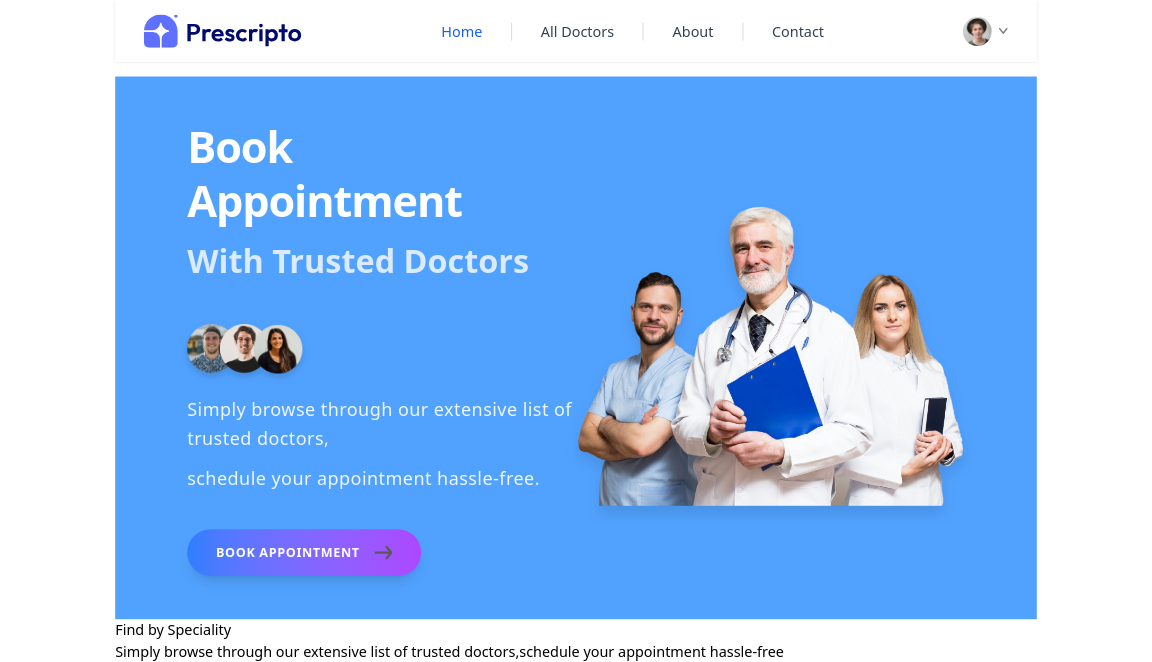
Repository: Pran2535/appointement_booking
Page: / (app in frontend/)
These files come from the project's save history. The page is drawn as it stood at one moment and after the next save; the edit follows.
The browser window is 1280 px wide. The pictures show the whole page, at 90% of full size.
The project was rebuilt for these pictures with package versions that can differ from the ones it lists, and the page was loaded fresh each time. Also part of the build but not shown: frontend/vite.config.js, frontend/src/pages/About.jsx, frontend/src/pages/MyAppointments.jsx, frontend/src/pages/Doctors.jsx, frontend/src/pages/Login.jsx, frontend/src/pages/Contact.jsx, frontend/src/pages/MyProfile.jsx, frontend/src/pages/Appointment.jsx.

Above is the page before, as saved 2025-02-16 21:11:18.

### frontend/index.html
<!doctype html>
<html lang="en">
  <head>
    <meta charset="UTF-8" />
    <link rel="icon" type="image/svg+xml" href="/vite.svg" />
    <meta name="viewport" content="width=device-width, initial-scale=1.0" />
    <title>Mishra healthcare</title>
  </head>
  <body>
    <div id="root"></div>
    <script type="module" src="/src/main.jsx"></script>
  </body>
</html>

### frontend/src/main.jsx
import { StrictMode } from 'react'
import { createRoot } from 'react-dom/client'
import './index.css'
import App from './App.jsx'
import { BrowserRouter } from 'react-router-dom'

createRoot(document.getElementById('root')).render(
<BrowserRouter>
    <App />
  </BrowserRouter>,
)

### frontend/src/App.jsx
import React from 'react'
import { Route, Routes } from 'react-router-dom'
import Home from './pages/Home'
import About from './pages/About'
import MyAppointments from './pages/MyAppointments'
import Doctors from './pages/Doctors'
import Login from './pages/Login'
import Contact from './pages/Contact'
import MyProfile from './pages/MyProfile'
import Appointment from './pages/Appointment'
import Navbar from './components/Navbar'

const App = () => {
  return (
    <div className='mx-4 sm:mx-[10%]'>
      <Navbar/>{ /* mounted navbar component before routes so that it gets displayed over the all routes */}
      <Routes>
        <Route path='/' element={<Home />} />
        <Route path='/about' element={<About />} />
        <Route path='/my-appointments' element={<MyAppointments />} />
        <Route path='/doctors' element={<Doctors/>}/>
        <Route path='/doctors/:speciality' element={<Doctors/>}/>
        <Route path ='/login' element={<Login/>}/>
        <Route path='/contact' element={<Contact/>}/>
        <Route path ='/my-profile' element={<MyProfile/>}/>
        <Route path ='/appointments/:docId' element={<Appointment/>}/>
      </Routes>
    </div>
  )
}

export default App

### frontend/src/pages/Home.jsx
import React from 'react'
import Header from '../components/Header'
import SpecialityMenu from '../components/SpecialityMenu'

const Home = () => {
  return (
    <div>
      <Header/>
      <SpecialityMenu/>
    </div>
  )
}

export default Home

### frontend/src/components/Navbar.jsx
import React, { useState } from 'react'
import { NavLink, useNavigate } from 'react-router-dom'
import { assets } from '../assets/assets'

const links = [
  { to: '/', label: 'Home' },
  { to: '/doctors', label: 'All Doctors' },
  { to: '/about', label: 'About' },
  { to: '/contact', label: 'Contact' }
]

const Navbar = () => {
  const navigate = useNavigate();
  const [showMenu, setShowMenu]=useState(false);
  const [token,setToken]=useState(true);


  return (
    <nav className="sticky top-0 bg-white shadow-sm z-50">
      <div className="max-w-7xl mx-auto px-4 sm:px-6 lg:px-8 py-4 flex items-center justify-between">
        {/* Logo */}
        <div className="flex-shrink-0">
          <img
            className="w-32 md:w-40 lg:w-44 h-auto cursor-pointer transition-transform hover:scale-105"
            src={assets.logo}
            alt="Company Logo"
          />
        </div>

        {/* Navigation Links */}
        <div className="hidden md:block">
          <ul className="flex items-center space-x-8">
            {links.map((l, i) => (
              <React.Fragment key={l.to}>
                <NavLink
                  to={l.to}
                  className={({ isActive }) =>
                    `font-medium transition-colors duration-200 hover:text-blue-600 ${
                      isActive ? 'text-blue-600' : 'text-gray-700'
                    }`
                  }
                >
                  {l.label}
                </NavLink>
                {i < links.length - 1 && (
                  <div className="h-5 w-px bg-gray-300" aria-hidden="true" />
                )}
              </React.Fragment>
            ))}
          </ul>
        </div>

        {/* CTA Button */}
        <div className="flex items-center gap-4">
            {
                token?
                <div className='flex items-center gap-2 cursor-pointer group relative' >
                    <img className='w-8 rounded-full' src={assets.profile_pic} alt="" />
                    <img className='w-2.5 ' src={assets.dropdown_icon} alt="" />
                    <div className='absolute top-0 right-0 pt-14 text-base font-medium text-gray-600 z-20 hidden group-hover:block'>
                        <div className='min-w-48 bg-stone-100 rounded flex flex-col gap-4 p-4'>
                            <p onClick={()=>navigate('/my-appointments')} className='hover:text-black cursor-pointer'>My Appointments</p>
                            <p onClick={()=>navigate('/my-profile')} className='hover:text-black cursor-pointer'>My Profile</p>
                            <p onClick={()=>setToken(false)} className='hover:text-black cursor-pointer'>Logout</p>
                        </div>
                    </div>
                </div>

                :
                 <button
            onClick={() => navigate('/login')}
            className="hidden cursor-pointer md:block bg-blue-600 hover:bg-blue-700 text-white px-6 py-3 rounded-full font-semibold transition-colors duration-200 focus:outline-none focus:ring-2 focus:ring-blue-500 focus:ring-offset-2 shadow-md"
          >
            Create Account
          </button>
            }

        </div>
      </div>
    </nav>
  )
}

export default Navbar

### frontend/src/components/Header.jsx
import React from 'react';
import { assets } from '../assets/assets';

const Header = () => {
  return (
    <div className="mt-4 flex flex-col md:flex-row justify-between items-center bg-blue-400 px-6 md:px-10 lg:px-20 py-12 text-white">
      {/* Left side */}
      <div className="w-full md:w-1/2 space-y-10 mb-8 md:mb-0">
        <div className="space-y-2">
          <h1 className="text-4xl lg:text-5xl font-bold leading-tight tracking-tight">
            Book Appointment
          </h1>
          <h2 className="text-3xl lg:text-4xl font-semibold text-blue-100 leading-relaxed">
            With Trusted Doctors
          </h2>
        </div>

        <div className="space-y-6">
          <div className="flex items-center space-x-4">
            <img
              src={assets.group_profiles}
              alt="Doctor Profiles"
              className="w-32 h-auto object-contain drop-shadow-lg"
            />
          </div>

          <div className="space-y-3">
            <p className="text-lg md:text-xl text-blue-50 leading-relaxed font-light tracking-wide">
              Simply browse through our extensive list of trusted doctors,
            </p>
            <p className="text-lg md:text-xl text-blue-50 leading-relaxed font-light tracking-wide">
              schedule your appointment hassle-free.
            </p>
          </div>
        </div>

        <a
          href="#speciality"
          className="inline-flex items-center space-x-4 bg-gradient-to-r from-blue-500 to-purple-500 hover:from-blue-600 hover:to-purple-600 text-white font-bold uppercase px-8 py-4 rounded-full shadow-lg transition-all duration-300 hover:scale-105 tracking-wider text-sm"
        >
          <span>Book Appointment</span>
          <img
            src={assets.arrow_icon}
            alt="Arrow"
            className="w-5 h-5 transform group-hover:translate-x-1 transition-transform"
          />
        </a>
      </div>

      {/* Right side */}
      <div className="w-full md:w-1/2 flex justify-center md:justify-end mt-8 md:mt-0">
        <img
          src={assets.header_img}
          alt="Header illustration"
          className="w-full max-w-lg h-auto object-contain drop-shadow-xl"
        />
      </div>
    </div>
  );
};

export default Header;

### frontend/src/components/SpecialityMenu.jsx
import React from 'react'

const SpecialityMenu = () => {
  return (
    <div id='speciality' >
      <h1>Find by Speciality</h1>
      <p>Simply browse through our extensive list of trusted doctors,schedule your appointment hassle-free</p>
    </div>
  )
}

export default SpecialityMenu

### frontend/src/assets/assets.js
import appointment_img from './appointment_img.png'
import header_img from './header_img.png'
import group_profiles from './group_profiles.png'
import profile_pic from './profile_pic.png'
import contact_image from './contact_image.png'
import about_image from './about_image.png'
import logo from './logo.svg'
import dropdown_icon from './dropdown_icon.svg'
import menu_icon from './menu_icon.svg'
import cross_icon from './cross_icon.png'
import chats_icon from './chats_icon.svg'
import verified_icon from './verified_icon.svg'
import arrow_icon from './arrow_icon.svg'
import info_icon from './info_icon.svg'
import upload_icon from './upload_icon.png'
import stripe_logo from './stripe_logo.png'
import razorpay_logo from './razorpay_logo.png'
import doc1 from './doc1.png'
import doc2 from './doc2.png'
import doc3 from './doc3.png'
import doc4 from './doc4.png'
import doc5 from './doc5.png'
import doc6 from './doc6.png'
import doc7 from './doc7.png'
import doc8 from './doc8.png'
import doc9 from './doc9.png'
import doc10 from './doc10.png'
import doc11 from './doc11.png'
import doc12 from './doc12.png'
import doc13 from './doc13.png'
import doc14 from './doc14.png'
import doc15 from './doc15.png'
import Dermatologist from './Dermatologist.svg'
import Gastroenterologist from './Gastroenterologist.svg'
import General_physician from './General_physician.svg'
import Gynecologist from './Gynecologist.svg'
import Neurologist from './Neurologist.svg'
import Pediatricians from './Pediatricians.svg'


export const assets = {
    appointment_img,
    header_img,
    group_profiles,
    logo,
    chats_icon,
    verified_icon,
    info_icon,
    profile_pic,
    arrow_icon,
    contact_image,
    about_image,
    menu_icon,
    cross_icon,
    dropdown_icon,
    upload_icon,
    stripe_logo,
    razorpay_logo
}

export const specialityData = [
    {
        speciality: 'General physician',
        image: General_physician
    },
    {
        speciality: 'Gynecologist',
        image: Gynecologist
    },
    {
        speciality: 'Dermatologist',
        image: Dermatologist
    },
    {
        speciality: 'Pediatricians',
        image: Pediatricians
    },
    {
        speciality: 'Neurologist',
        image: Neurologist
    },
    {
        speciality: 'Gastroenterologist',
        image: Gastroenterologist
    },
]

export const doctors = [
    {
        _id: 'doc1',
        name: 'Dr. Richard James',
        image: doc1,
        speciality: 'General physician',
        degree: 'MBBS',
        experience: '4 Years',
        about: 'Dr. Davis has a strong commitment to delivering comprehensive medical care, focusing on preventive medicine, early diagnosis, and effective treatment strategies. Dr. Davis has a strong commitment to delivering comprehensive medical care, focusing on preventive medicine, early diagnosis, and effective treatment strategies.',
        fees: 50,
        address: {
            line1: '17th Cross, Richmond',
            line2: 'Circle, Ring Road, London'
        }
    },
    {
        _id: 'doc2',
        name: 'Dr. Emily Larson',
        image: doc2,
        speciality: 'Gynecologist',
        degree: 'MBBS',
        experience: '3 Years',
        about: 'Dr. Davis has a strong commitment to delivering comprehensive medical care, focusing on preventive medicine, early diagnosis, and effective treatment strategies. Dr. Davis has a strong commitment to delivering comprehensive medical care, focusing on preventive medicine, early diagnosis, and effective treatment strategies.',
        fees: 60,
        address: {
            line1: '27th Cross, Richmond',
            line2: 'Circle, Ring Road, London'
        }
    },
    {
        _id: 'doc3',
        name: 'Dr. Sarah Patel',
        image: doc3,
        speciality: 'Dermatologist',
        degree: 'MBBS',
        experience: '1 Years',
        about: 'Dr. Davis has a strong commitment to delivering comprehensive medical care, focusing on preventive medicine, early diagnosis, and effective treatment strategies. Dr. Davis has a strong commitment to delivering comprehensive medical care, focusing on preventive medicine, early diagnosis, and effective treatment strategies.',
        fees: 30,
        address: {
            line1: '37th Cross, Richmond',
            line2: 'Circle, Ring Road, London'
        }
    },
    {
        _id: 'doc4',
        name: 'Dr. Christopher Lee',
        image: doc4,
        speciality: 'Pediatricians',
        degree: 'MBBS',
        experience: '2 Years',
        about: 'Dr. Davis has a strong commitment to delivering comprehensive medical care, focusing on preventive medicine, early diagnosis, and effective treatment strategies. Dr. Davis has a strong commitment to delivering comprehensive medical care, focusing on preventive medicine, early diagnosis, and effective treatment strategies.',
        fees: 40,
        address: {
            line1: '47th Cross, Richmond',
            line2: 'Circle, Ring Road, London'
        }
    },
    {
        _id: 'doc5',
        name: 'Dr. Jennifer Garcia',
        image: doc5,
        speciality: 'Neurologist',
        degree: 'MBBS',
        experience: '4 Years',
        about: 'Dr. Davis has a strong commitment to delivering comprehensive medical care, focusing on preventive medicine, early diagnosis, and effective treatment strategies. Dr. Davis has a strong commitment to delivering comprehensive medical care, focusing on preventive medicine, early diagnosis, and effective treatment strategies.',
        fees: 50,
        address: {
            line1: '57th Cross, Richmond',
            line2: 'Circle, Ring Road, London'
        }
    },
    {
        _id: 'doc6',
        name: 'Dr. Andrew Williams',
        image: doc6,
        speciality: 'Neurologist',
        degree: 'MBBS',
        experience: '4 Years',
        about: 'Dr. Davis has a strong commitment to delivering comprehensive medical care, focusing on preventive medicine, early diagnosis, and effective treatment strategies. Dr. Davis has a strong commitment to delivering comprehensive medical care, focusing on preventive medicine, early diagnosis, and effective treatment strategies.',
        fees: 50,
        address: {
            line1: '57th Cross, Richmond',
            line2: 'Circle, Ring Road, London'
        }
    },
    {
        _id: 'doc7',
        name: 'Dr. Christopher Davis',
        image: doc7,
        speciality: 'General physician',
        degree: 'MBBS',
        experience: '4 Years',
        about: 'Dr. Davis has a strong commitment to delivering comprehensive medical care, focusing on preventive medicine, early diagnosis, and effective treatment strategies. Dr. Davis has a strong commitment to delivering comprehensive medical care, focusing on preventive medicine, early diagnosis, and effective treatment strategies.',
        fees: 50,
        address: {
            line1: '17th Cross, Richmond',
            line2: 'Circle, Ring Road, London'
        }
    },
    {
        _id: 'doc8',
        name: 'Dr. Timothy White',
        image: doc8,
        speciality: 'Gynecologist',
        degree: 'MBBS',
        experience: '3 Years',
        about: 'Dr. Davis has a strong commitment to delivering comprehensive medical care, focusing on preventive medicine, early diagnosis, and effective treatment strategies. Dr. Davis has a strong commitment to delivering comprehensive medical care, focusing on preventive medicine, early diagnosis, and effective treatment strategies.',
        fees: 60,
        address: {
            line1: '27th Cross, Richmond',
            line2: 'Circle, Ring Road, London'
        }
    },
    {
        _id: 'doc9',
        name: 'Dr. Ava Mitchell',
        image: doc9,
        speciality: 'Dermatologist',
        degree: 'MBBS',
        experience: '1 Years',
        about: 'Dr. Davis has a strong commitment to delivering comprehensive medical care, focusing on preventive medicine, early diagnosis, and effective treatment strategies. Dr. Davis has a strong commitment to delivering comprehensive medical care, focusing on preventive medicine, early diagnosis, and effective treatment strategies.',
        fees: 30,
        address: {
            line1: '37th Cross, Richmond',
            line2: 'Circle, Ring Road, London'
        }
    },
    {
        _id: 'doc10',
        name: 'Dr. Jeffrey King',
        image: doc10,
        speciality: 'Pediatricians',
        degree: 'MBBS',
        experience: '2 Years',
        about: 'Dr. Davis has a strong commitment to delivering comprehensive medical care, focusing on preventive medicine, early diagnosis, and effective treatment strategies. Dr. Davis has a strong commitment to delivering comprehensive medical care, focusing on preventive medicine, early diagnosis, and effective treatment strategies.',
        fees: 40,
        address: {
            line1: '47th Cross, Richmond',
            line2: 'Circle, Ring Road, London'
        }
    },
    {
        _id: 'doc11',
        name: 'Dr. Zoe Kelly',
        image: doc11,
        speciality: 'Neurologist',
        degree: 'MBBS',
        experience: '4 Years',
        about: 'Dr. Davis has a strong commitment to delivering comprehensive medical care, focusing on preventive medicine, early diagnosis, and effective treatment strategies. Dr. Davis has a strong commitment to delivering comprehensive medical care, focusing on preventive medicine, early diagnosis, and effective treatment strategies.',
        fees: 50,
        address: {
            line1: '57th Cross, Richmond',
            line2: 'Circle, Ring Road, London'
        }
    },
    {
        _id: 'doc12',
        name: 'Dr. Patrick Harris',
        image: doc12,
        speciality: 'Neurologist',
        degree: 'MBBS',
        experience: '4 Years',
        about: 'Dr. Davis has a strong commitment to delivering comprehensive medical care, focusing on preventive medicine, early diagnosis, and effective treatment strategies. Dr. Davis has a strong commitment to delivering comprehensive medical care, focusing on preventive medicine, early diagnosis, and effective treatment strategies.',
        fees: 50,
        address: {
            line1: '57th Cross, Richmond',
            line2: 'Circle, Ring Road, London'
        }
    },
    {
        _id: 'doc13',
        name: 'Dr. Chloe Evans',
        image: doc13,
        speciality: 'General physician',
        degree: 'MBBS',
        experience: '4 Years',
        about: 'Dr. Davis has a strong commitment to delivering comprehensive medical care, focusing on preventive medicine, early diagnosis, and effective treatment strategies. Dr. Davis has a strong commitment to delivering comprehensive medical care, focusing on preventive medicine, early diagnosis, and effective treatment strategies.',
        fees: 50,
        address: {
            line1: '17th Cross, Richmond',
            line2: 'Circle, Ring Road, London'
        }
    },
    {
        _id: 'doc14',
        name: 'Dr. Ryan Martinez',
        image: doc14,
        speciality: 'Gynecologist',
        degree: 'MBBS',
        experience: '3 Years',
        about: 'Dr. Davis has a strong commitment to delivering comprehensive medical care, focusing on preventive medicine, early diagnosis, and effective treatment strategies. Dr. Davis has a strong commitment to delivering comprehensive medical care, focusing on preventive medicine, early diagnosis, and effective treatment strategies.',
        fees: 60,
        address: {
            line1: '27th Cross, Richmond',
            line2: 'Circle, Ring Road, London'
        }
    },
    {
        _id: 'doc15',
        name: 'Dr. Amelia Hill',
        image: doc15,
        speciality: 'Dermatologist',
        degree: 'MBBS',
        experience: '1 Years',
        about: 'Dr. Davis has a strong commitment to delivering comprehensive medical care, focusing on preventive medicine, early diagnosis, and effective treatment strategies. Dr. Davis has a strong commitment to delivering comprehensive medical care, focusing on preventive medicine, early diagnosis, and effective treatment strategies.',
        fees: 30,
        address: {
            line1: '37th Cross, Richmond',
            line2: 'Circle, Ring Road, London'
        }
    },
]

Loaded but not shown: frontend/src/index.css (common file)

After the next save:
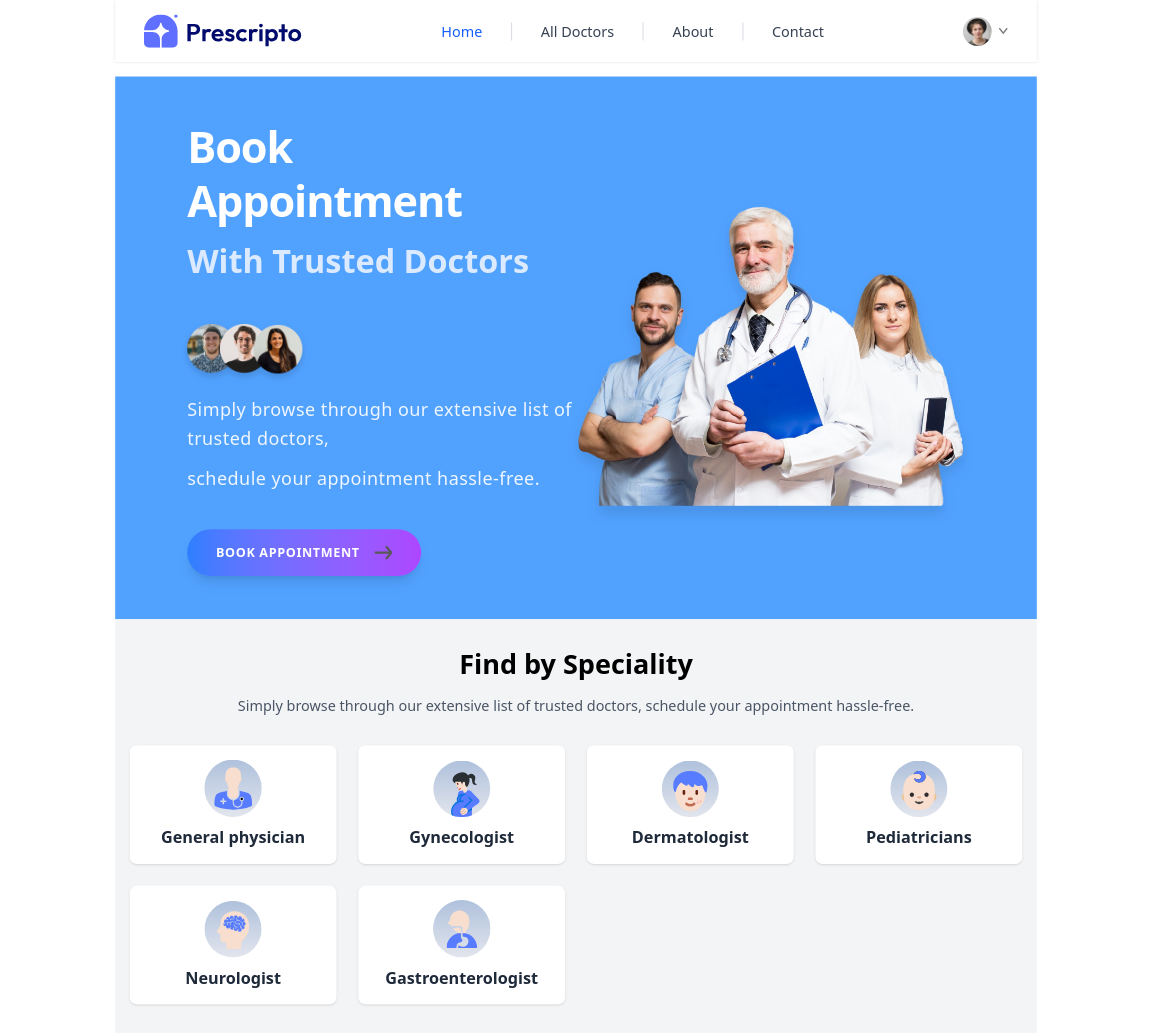
Saved 4 min 17 s later.
--- a/frontend/src/components/SpecialityMenu.jsx
+++ b/frontend/src/components/SpecialityMenu.jsx
@@ -1,12 +1,32 @@
-import React from 'react'
+import React from 'react';
+import { specialityData } from '../assets/assets';
+import { Link } from 'react-router-dom';
 
 const SpecialityMenu = () => {
   return (
-    <div id='speciality' >
-      <h1>Find by Speciality</h1>
-      <p>Simply browse through our extensive list of trusted doctors,schedule your appointment hassle-free</p>
+    <div id="speciality" className="px-4 py-8 bg-gray-100">
+      <h1 className="text-3xl font-bold text-center mb-4">Find by Speciality</h1>
+      <p className="text-gray-600 text-center mb-8">
+        Simply browse through our extensive list of trusted doctors, schedule your appointment hassle-free.
+      </p>
+      <div className="grid grid-cols-2 sm:grid-cols-3 md:grid-cols-4 gap-6">
+        {specialityData.map((item, index) => (
+          <Link
+            key={index}
+            to={`/doctors/${item.speciality}`}
+            className="flex flex-col items-center bg-white p-4 rounded-lg shadow hover:shadow-lg transition-shadow duration-300"
+          >
+            <img
+              src={item.image}
+              alt={item.speciality}
+              className="w-16 h-16 object-contain mb-2"
+            />
+            <p className="text-lg font-semibold text-gray-800">{item.speciality}</p>
+          </Link>
+        ))}
+      </div>
     </div>
-  )
-}
+  );
+};
 
-export default SpecialityMenu
+export default SpecialityMenu;
